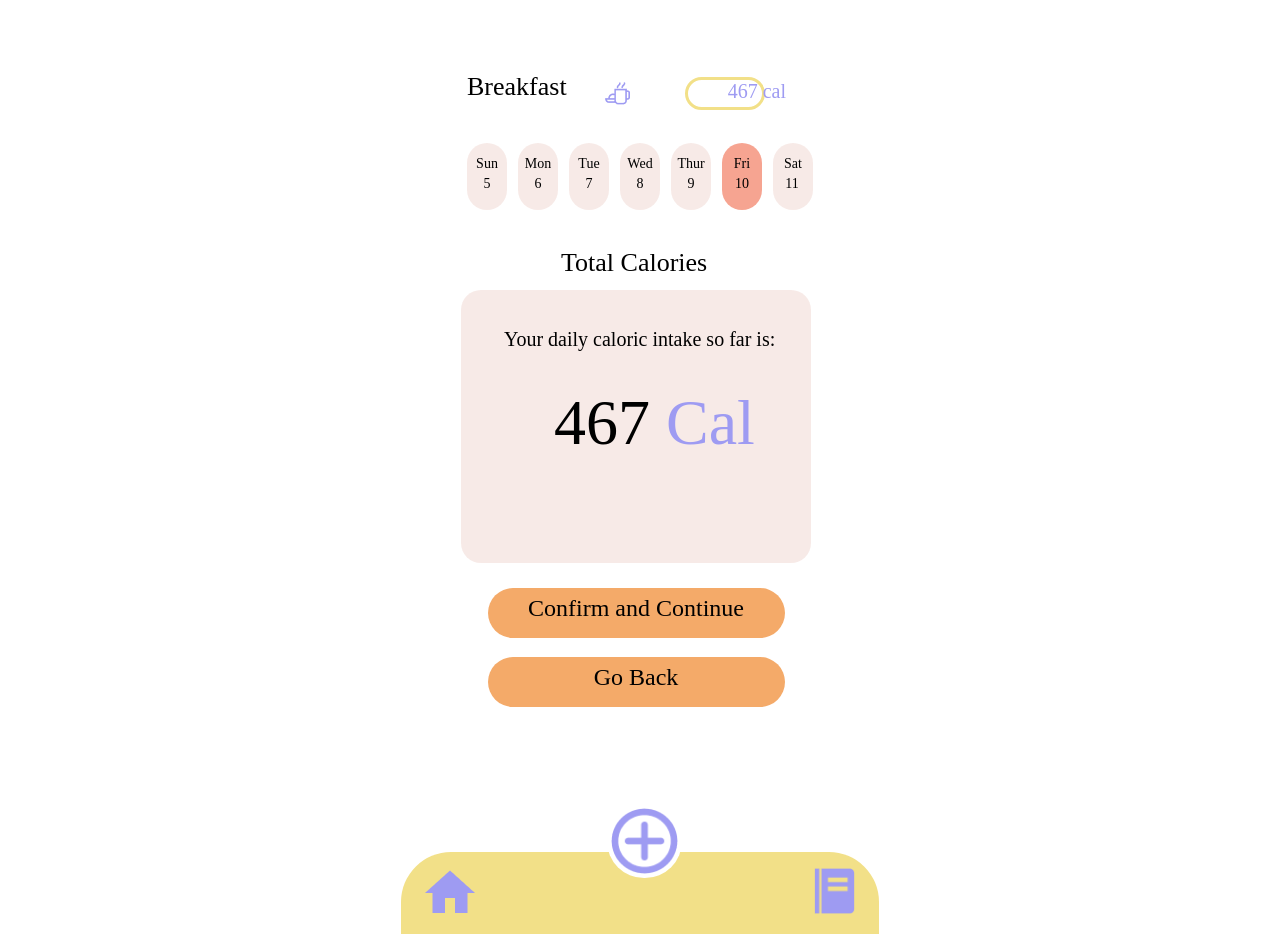
Repository: MeowCeline00/G5-Calorie-Tracker
Page: BreakfastCalCounter/index.html
An editor plug-in stored every save of this project. The page is shown before and after the next save, followed by the edit.
The browser window is 1280 px wide. The pictures show the whole page.

Above is the page before, as saved 2024-05-26 14:06:48.

After the next save:
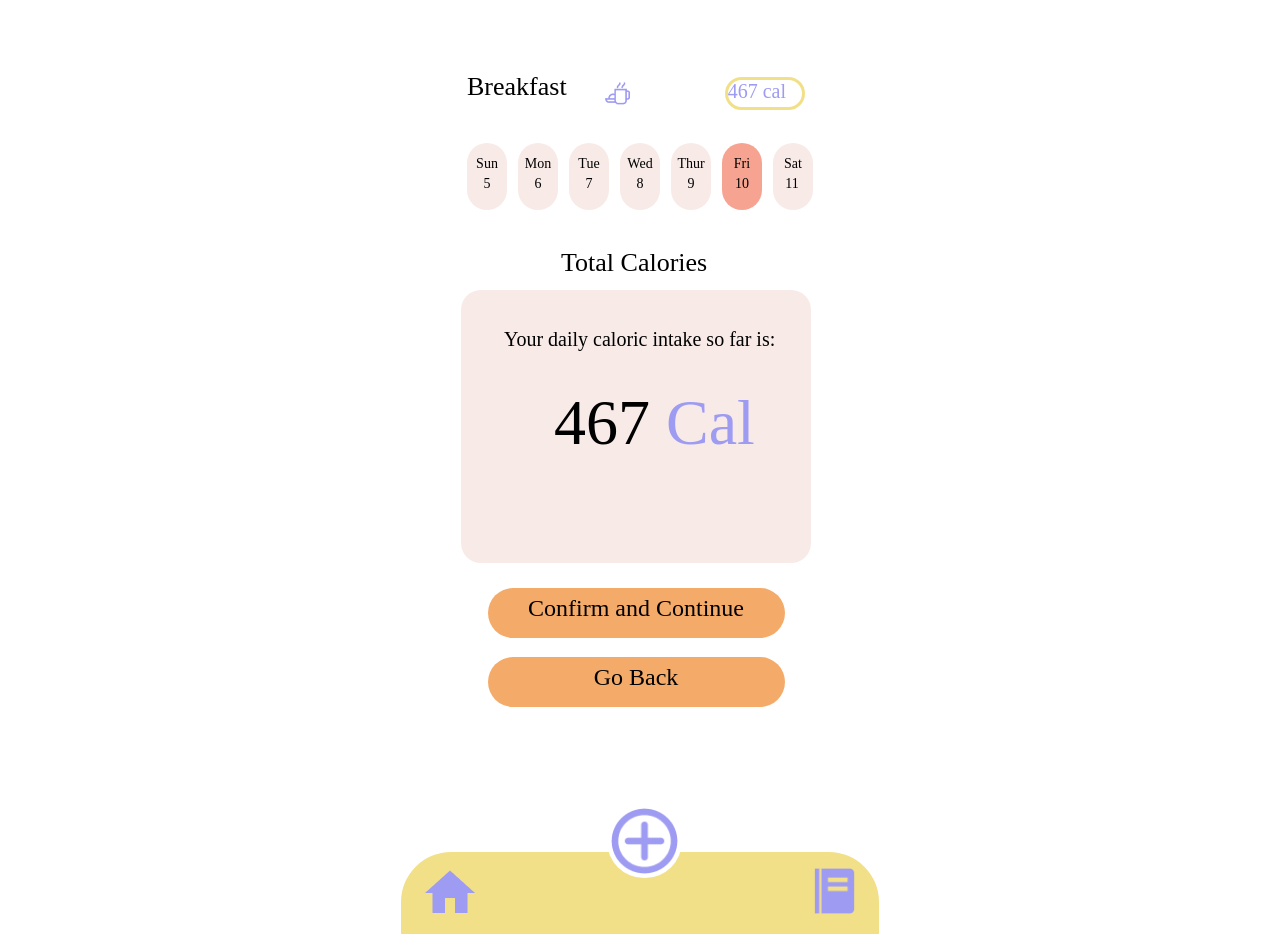
Saved 4 s later.
--- a/BreakfastCalCounter/index.css
+++ b/BreakfastCalCounter/index.css
@@ -253,7 +253,7 @@
 .add-page-child7 {
     position: absolute;
     top: 77px;
-    left: 244px;
+    left: 284px;
     border-radius: var(--br-xl);
     background-color: #fff;
     border: 3px solid var(--yellow);
